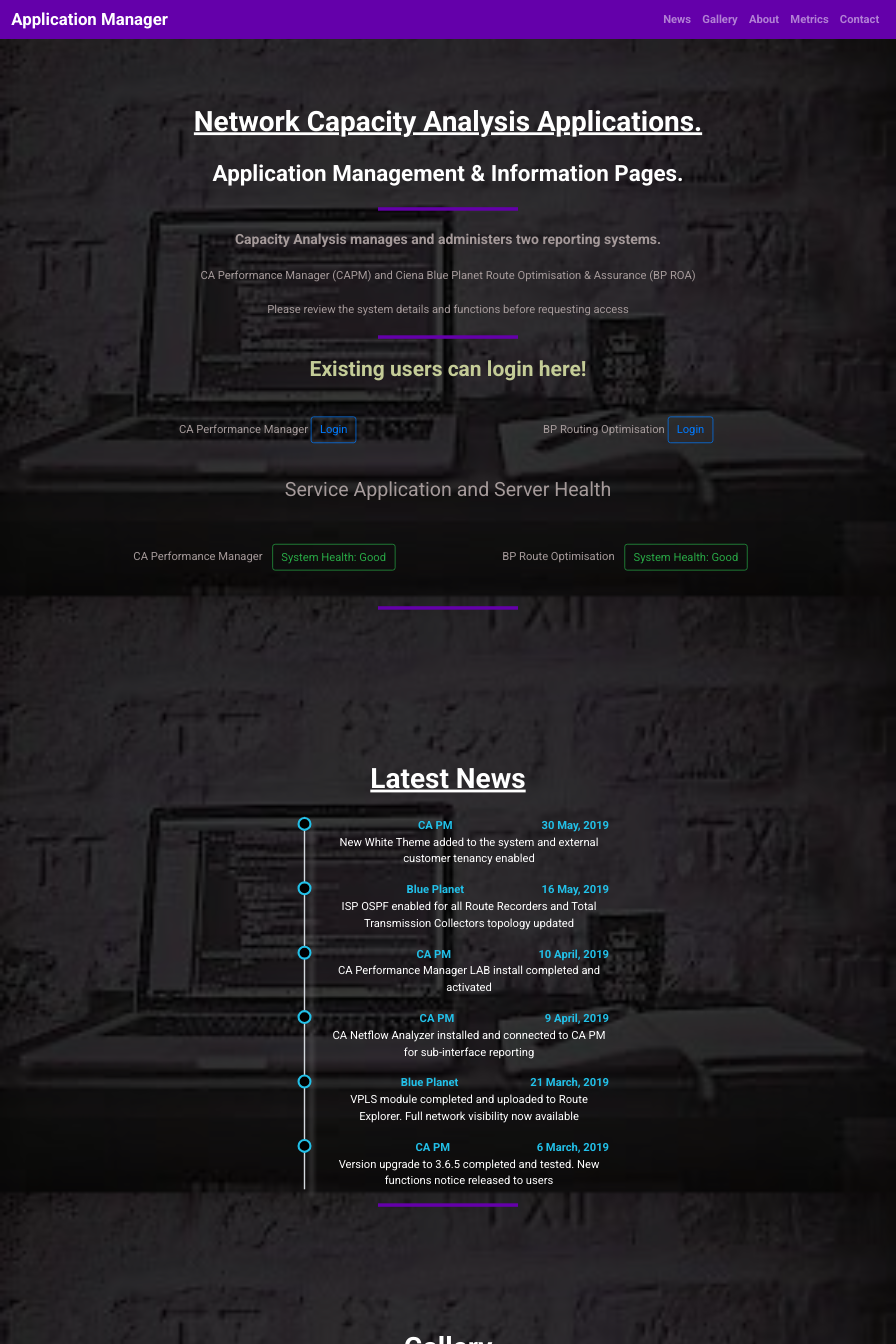
Repository: Mofarrell1967/Application-Manager
Page: index.html
The author's editor kept a record of every edit. The page is drawn from the files as they stood at one moment, then again after the next edit.
The browser window is 1280 px wide. The pictures show the part of the page from y = 0 to 1920 px (the page is 2788 px tall), at 70% of full size.
Backgrounds fixed to the window are drawn as part of the page. Some web libraries are served in a nearby version.

Above is the page before.

After the next edit:
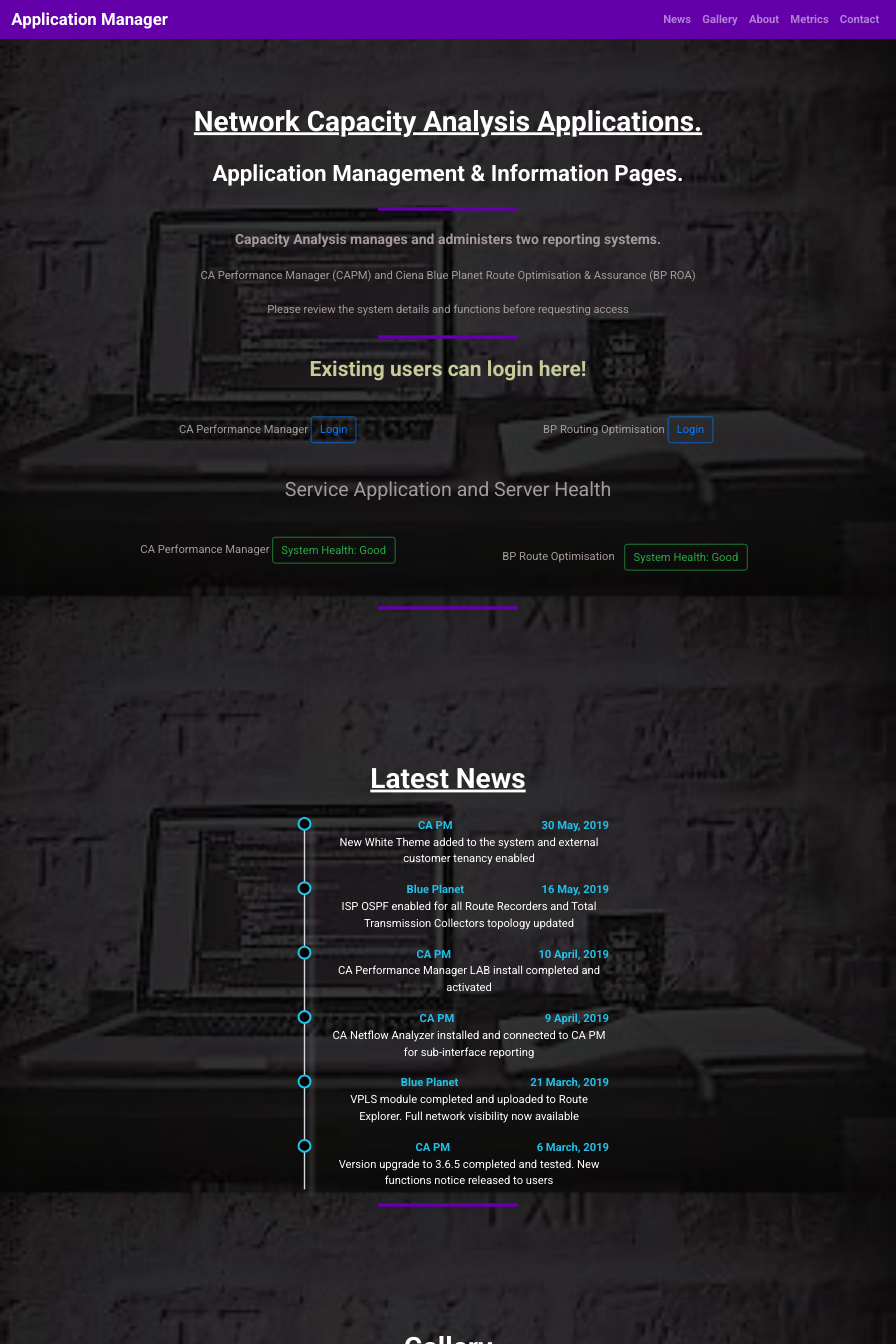
The edit:
--- a/index.html
+++ b/index.html
@@ -72,7 +72,7 @@
 
             <div class="form-group row">
               <div class="col-md-6">
-                <p class="main">CA Performance Manager <button type="button" class="btn btn-outline-success" data-toggle="tooltip" title="Status updates will be automated at next release" style="margin:10px;">System Health: Good</button>
+                <p class="main">CA Performance Manager <button type="button" class="btn btn-outline-success" data-toggle="tooltip" title="Status updates will be automated at next release">System Health: Good</button>
               </div>
               <div class="col-md-6">
                 <p class="main">BP Route Optimisation <button type="button" class="btn btn-outline-success" data-toggle="tooltip" title="Status updates will be automated at next release" style="margin:10px;">System Health: Good</button>
